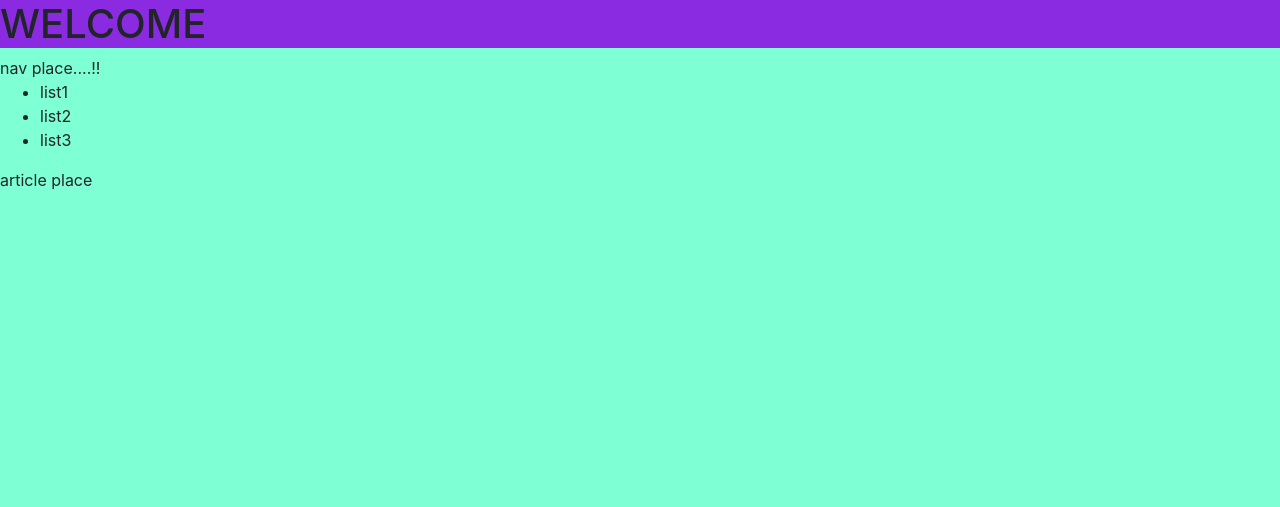
Repository: idrice24/IDRICE24-DASHBOARD
Page: html/header.html
An editor plug-in stored every save of this project. The page is shown before and after the next save, followed by the edit.
The browser window is 1280 px wide. The pictures show the whole page.

Above is the page before, as saved 2020-09-03 22:53:23.

After the next save:
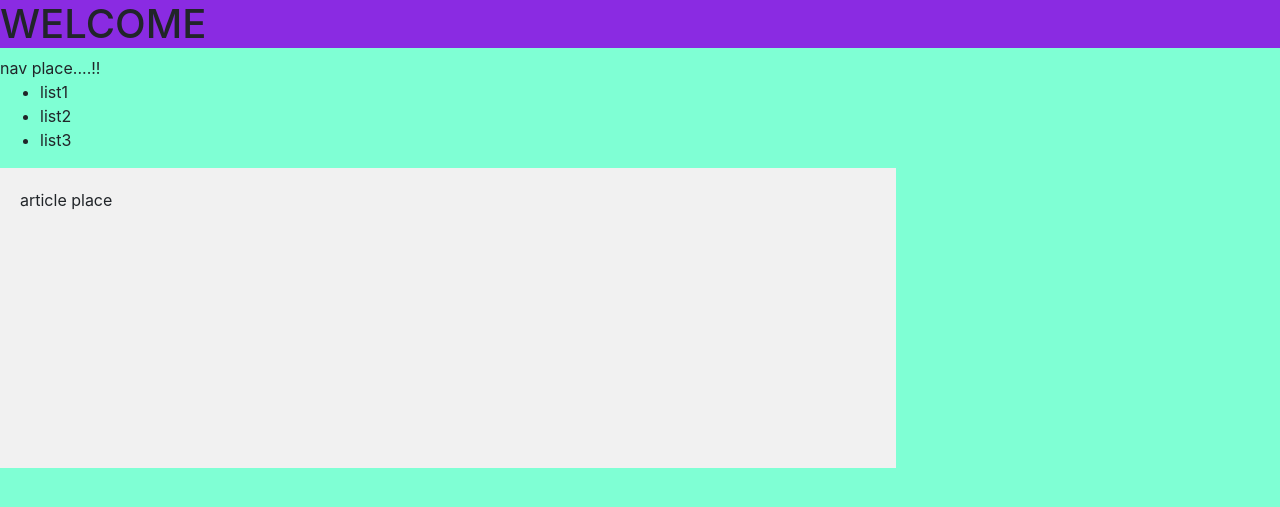
Saved 30 s later.
--- a/vendor/idrice24folder/idrice24.css
+++ b/vendor/idrice24folder/idrice24.css
@@ -16,3 +16,12 @@
     display: table;
     clear: both;
 }
+
+article {
+    float: left;
+    padding: 20px;
+    width: 70%;
+    background-color: #f1f1f1;
+    height: 300px;
+    /* only for demonstration, should be removed */
+}
